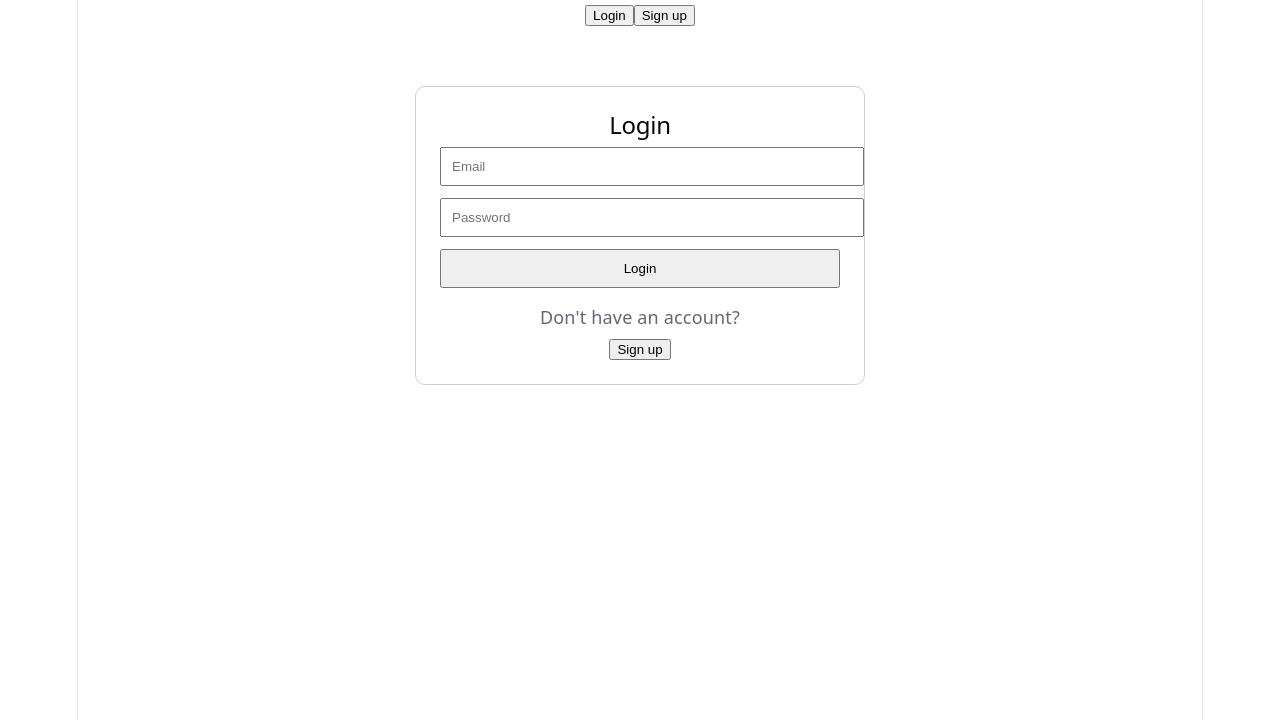
Repository: Tapish19/web
Page: / (app in web-app-main/frontend/client/)
An editor plug-in stored every save of this project. The page is shown before and after the next save, followed by the edit.
The browser window is 1280 px wide. The pictures show the whole page.
The project was rebuilt for these pictures with package versions that can differ from the ones it lists, and the page was loaded fresh each time. Also part of the build but not shown: web-app-main/frontend/client/vite.config.js, web-app-main/frontend/client/src/pages/Signup.jsx, web-app-main/frontend/client/src/pages/Dashboard.jsx, web-app-main/frontend/client/src/pages/Projects.jsx.

Above is the page before, as saved 2026-05-06 23:08:59.

After the next save:
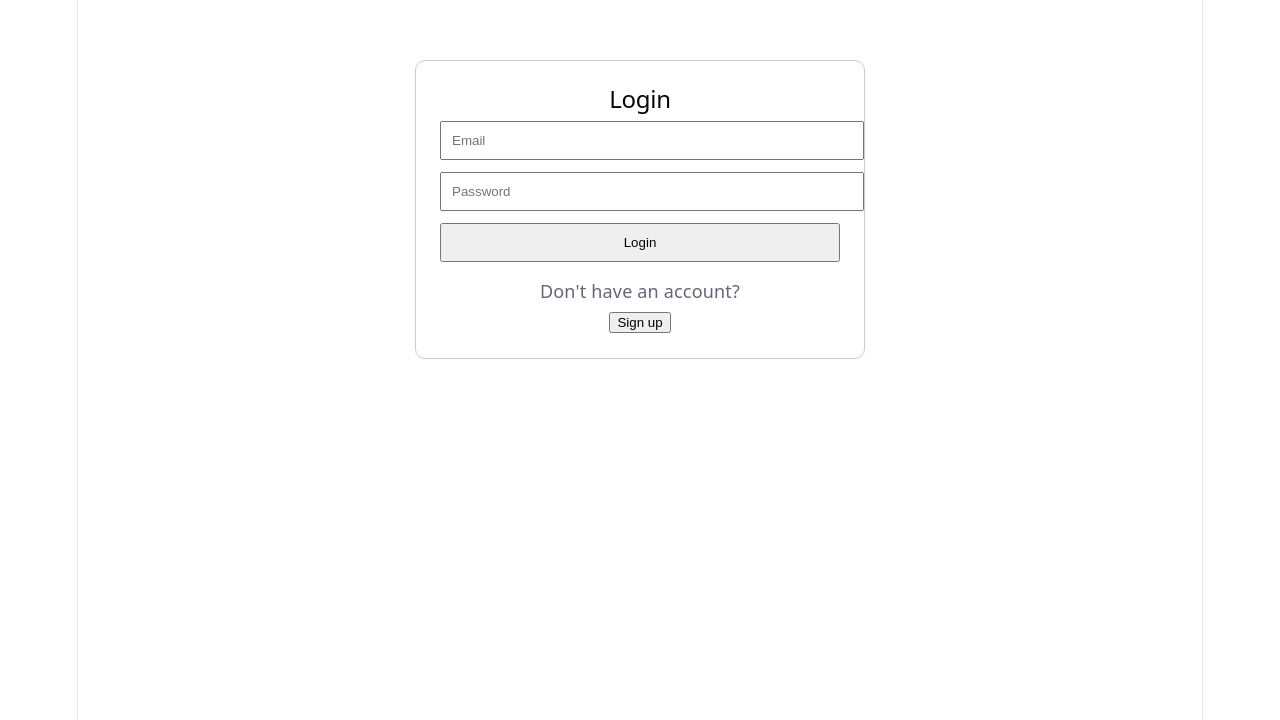
Saved 29 s later.
--- a/web-app-main/frontend/client/src/components/Navbar.jsx
+++ b/web-app-main/frontend/client/src/components/Navbar.jsx
@@ -1,27 +1,120 @@
-import { useNavigate } from "react-router-dom";
+import { useEffect, useState } from "react";
+import {
+  useLocation,
+  useNavigate,
+} from "react-router-dom";
 
 export default function Navbar() {
   const navigate = useNavigate();
-  const token = localStorage.getItem("token");
+  const location = useLocation();
+
+  const [token, setToken] = useState(
+    localStorage.getItem("token")
+  );
+
+  // Hide navbar on auth pages
+  const hideNavbar =
+    location.pathname === "/login" ||
+    location.pathname === "/signup" ||
+    location.pathname === "/";
+
+  useEffect(() => {
+    const syncToken = () => {
+      setToken(
+        localStorage.getItem("token")
+      );
+    };
+
+    window.addEventListener(
+      "storage",
+      syncToken
+    );
+
+    return () => {
+      window.removeEventListener(
+        "storage",
+        syncToken
+      );
+    };
+  }, []);
 
   const logout = () => {
     localStorage.removeItem("token");
+    localStorage.removeItem("user");
+
+    setToken(null);
+
     navigate("/login");
   };
 
+  if (hideNavbar) {
+    return null;
+  }
+
   return (
-    <div>
-      {token ? (
-        <>
-          <button onClick={() => navigate("/dashboard")}>Dashboard</button>
-          <button onClick={logout}>Logout</button>
-        </>
-      ) : (
-        <>
-          <button onClick={() => navigate("/login")}>Login</button>
-          <button onClick={() => navigate("/signup")}>Sign up</button>
-        </>
-      )}
-    </div>
+    <nav
+      style={{
+        width: "100%",
+        padding: "16px 24px",
+        borderBottom: "1px solid #ccc",
+        display: "flex",
+        justifyContent: "space-between",
+        alignItems: "center",
+        marginBottom: "24px",
+      }}
+    >
+      <h2
+        style={{
+          margin: 0,
+          cursor: "pointer",
+        }}
+        onClick={() =>
+          navigate("/dashboard")
+        }
+      >
+        Project Manager
+      </h2>
+
+      <div
+        style={{
+          display: "flex",
+          gap: "12px",
+        }}
+      >
+        {token ? (
+          <>
+            <button
+              onClick={() =>
+                navigate("/dashboard")
+              }
+            >
+              Dashboard
+            </button>
+
+            <button onClick={logout}>
+              Logout
+            </button>
+          </>
+        ) : (
+          <>
+            <button
+              onClick={() =>
+                navigate("/login")
+              }
+            >
+              Login
+            </button>
+
+            <button
+              onClick={() =>
+                navigate("/signup")
+              }
+            >
+              Sign up
+            </button>
+          </>
+        )}
+      </div>
+    </nav>
   );
 }
